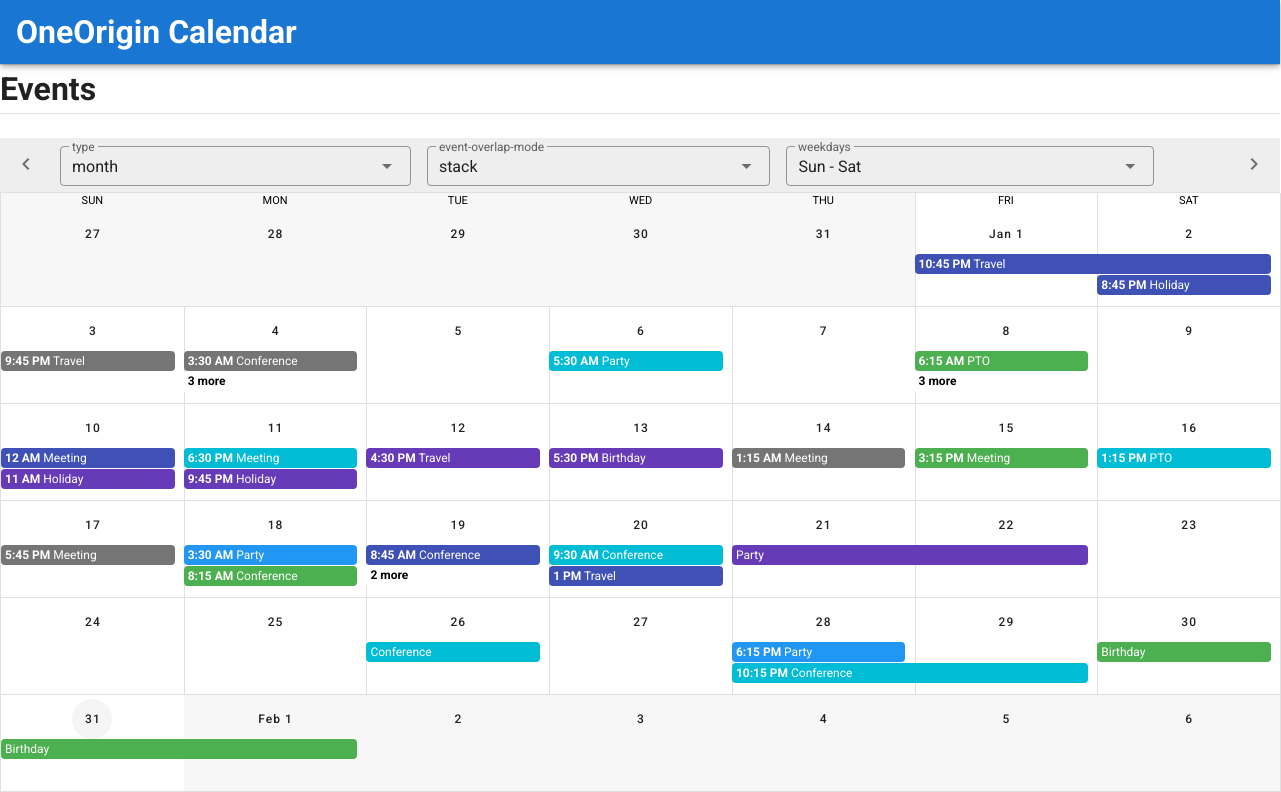
Repository: Shinobi247/OO-Calenda-events
Page: /
An editor plug-in stored every save of this project. The page is shown before and after the next save, followed by the edit.
The browser window is 1280 px wide. The page is 1281 px wide, so the pictures cover 1281 px, including what lies to the right of the window. The pictures show the whole page.
The project was rebuilt for these pictures with package versions that can differ from the ones it lists, and the page was loaded fresh each time. Also part of the build but not shown: vue.config.js.

Above is the page before, as saved 2021-02-01 15:00:04.

### src/App.vue
<template>
  <v-app>
    <v-app-bar app color="primary" dark>
      <!-- <div class="d-flex align-center">
        <v-img
          alt="Vuetify Logo"
          class="shrink mr-2"
          contain
          src="https://cdn.vuetifyjs.com/images/logos/vuetify-logo-dark.png"
          transition="scale-transition"
          width="40"
        />

        <v-img
          alt="Vuetify Name"
          class="shrink mt-1 hidden-sm-and-down"
          contain
          min-width="100"
          src="https://cdn.vuetifyjs.com/images/logos/vuetify-name-dark.png"
          width="100"
        />
      </div> -->
      <h1>OneOrigin Calendar</h1>
      <v-spacer></v-spacer>

      <!-- <v-btn
        href="https://github.com/vuetifyjs/vuetify/releases/latest"
        target="_blank"
        text
      >
        <span class="mr-2">Latest Release</span>
        <v-icon>mdi-open-in-new</v-icon>
      </v-btn> -->
    </v-app-bar>

    <v-main>
      <v-divider></v-divider>
      <h1>Events</h1>
      <v-divider></v-divider>
      <br />
      <Calendar />
    </v-main>
  </v-app>
</template>

<script>
// import HelloWorld from './components/HelloWorld';
import Calendar from "./components/Calendar";

export default {
  name: "App",

  components: {
    // HelloWorld,
    Calendar,
  },

  data: () => ({
    //
  }),
};
</script>

### src/components/Calendar.vue
<template>
  <div>
    <v-sheet tile height="54" color="grey lighten-3" class="d-flex">
      <v-btn icon class="ma-2" @click="$refs.calendar.prev()">
        <v-icon>mdi-chevron-left</v-icon>
      </v-btn>
      <v-select
        v-model="type"
        :items="types"
        dense
        outlined
        hide-details
        class="ma-2"
        label="type"
      ></v-select>
      <v-select
        v-model="mode"
        :items="modes"
        dense
        outlined
        hide-details
        label="event-overlap-mode"
        class="ma-2"
      ></v-select>
      <v-select
        v-model="weekday"
        :items="weekdays"
        dense
        outlined
        hide-details
        label="weekdays"
        class="ma-2"
      ></v-select>
      <v-spacer></v-spacer>
      <v-btn icon class="ma-2" @click="$refs.calendar.next()">
        <v-icon>mdi-chevron-right</v-icon>
      </v-btn>
    </v-sheet>
    <v-sheet height="600">
      <v-calendar
        ref="calendar"
        v-model="value"
        :weekdays="weekday"
        :type="type"
        :events="events"
        :event-overlap-mode="mode"
        :event-overlap-threshold="30"
        :event-color="getEventColor"
        @change="getEvents"
      ></v-calendar>
    </v-sheet>
  </div>
</template>

<script>
export default {
  data: () => ({
    type: "month",
    types: ["month", "week", "day", "4day"],
    mode: "stack",
    modes: ["stack", "column"],
    weekday: [0, 1, 2, 3, 4, 5, 6],
    weekdays: [
      { text: "Sun - Sat", value: [0, 1, 2, 3, 4, 5, 6] },
      { text: "Mon - Sun", value: [1, 2, 3, 4, 5, 6, 0] },
      { text: "Mon - Fri", value: [1, 2, 3, 4, 5] },
      { text: "Mon, Wed, Fri", value: [1, 3, 5] },
    ],
    value: "",
    events: [],
    colors: [
      "blue",
      "indigo",
      "deep-purple",
      "cyan",
      "green",
      "orange",
      "grey darken-1",
    ],
    names: [
      "Meeting",
      "Holiday",
      "PTO",
      "Travel",
      "Event",
      "Birthday",
      "Conference",
      "Party",
    ],
  }),
  methods: {
    getEvents({ start, end }) {
      const events = [];

      const min = new Date(`${start.date}T00:00:00`);
      const max = new Date(`${end.date}T23:59:59`);
      const days = (max.getTime() - min.getTime()) / 86400000;
      const eventCount = this.rnd(days, days + 20);

      for (let i = 0; i < eventCount; i++) {
        const allDay = this.rnd(0, 3) === 0;
        const firstTimestamp = this.rnd(min.getTime(), max.getTime());
        const first = new Date(firstTimestamp - (firstTimestamp % 900000));
        const secondTimestamp = this.rnd(2, allDay ? 288 : 8) * 900000;
        const second = new Date(first.getTime() + secondTimestamp);

        events.push({
          name: this.names[this.rnd(0, this.names.length - 1)],
          start: first,
          end: second,
          color: this.colors[this.rnd(0, this.colors.length - 1)],
          timed: !allDay,
        });
      }

      this.events = events;
    },
    getEventColor(event) {
      return event.color;
    },
    rnd(a, b) {
      return Math.floor((b - a + 1) * Math.random()) + a;
    },
  },
};
</script>

<style>
</style>

Loaded but not shown: public/index.html (common file); src/main.js (common file); src/plugins/vuetify.js (common file)

After the next save:
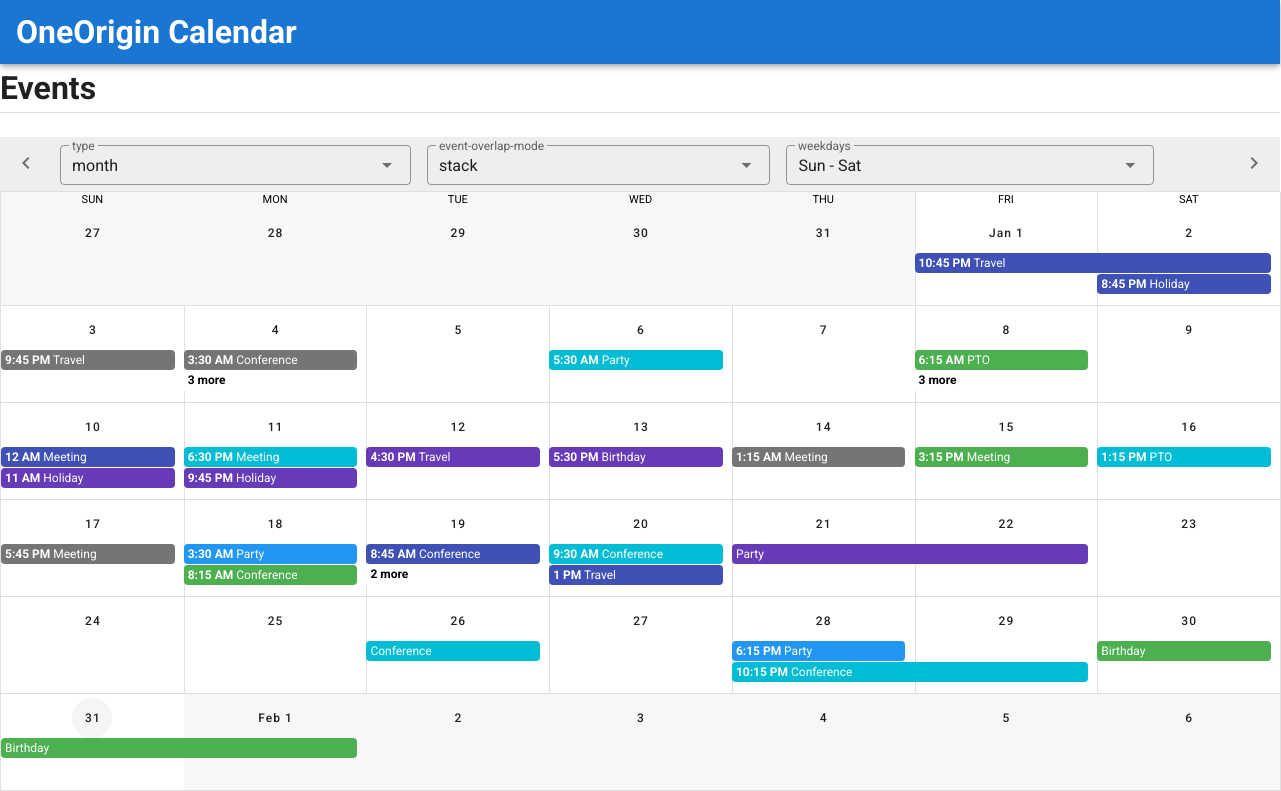
Saved 7 s later.
--- a/src/App.vue
+++ b/src/App.vue
@@ -34,7 +34,6 @@
     </v-app-bar>
 
     <v-main>
-      <v-divider></v-divider>
       <h1>Events</h1>
       <v-divider></v-divider>
       <br />
